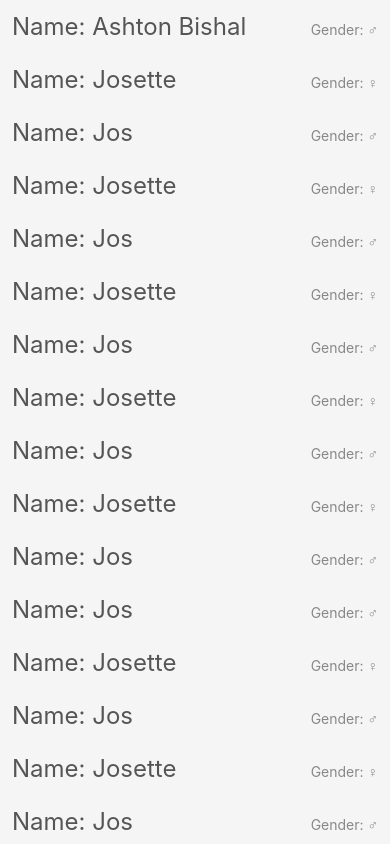
Repository: kfrancois/Bachelorproef-Apps
Screen: / (app in React Native/ListApp/.vscode/)
These files come from the project's save history. The screen is drawn as it stood at one moment and after the next save; the edit follows.
An inner scrolling area shows only its first screen. The app was drawn by React Native's web renderer in a window 390 px wide. The project was rebuilt for these pictures with package versions that can differ from the ones it lists, and the page was loaded fresh each time.

Above is the screen before, as saved 2018-04-23 15:13:51.

After the next save:
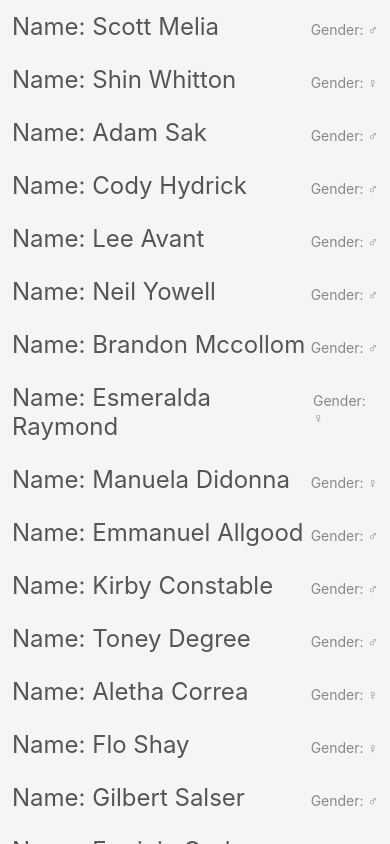
Saved 14 s later.
--- a/React Native/ListApp/.vscode/src/items.js
+++ b/React Native/ListApp/.vscode/src/items.js
@@ -1,52 +1,4 @@
 const items = [
-  { key: '0', name: 'Ashton Bishal', gender: '♂' },
-  { key: '1', name: 'Josette', gender: '♀' },
-  { key: '2', name: 'Jos', gender: '♂' },
-  { key: '3', name: 'Josette', gender: '♀' },
-  { key: '4', name: 'Jos', gender: '♂' },
-  { key: '5', name: 'Josette', gender: '♀' },
-  { key: '6', name: 'Jos', gender: '♂' },
-  { key: '7', name: 'Josette', gender: '♀' },
-  { key: '8', name: 'Jos', gender: '♂' },
-  { key: '9', name: 'Josette', gender: '♀' },
-  { key: '10', name: 'Jos', gender: '♂' },
-  { key: '11', name: 'Jos', gender: '♂' },
-  { key: '12', name: 'Josette', gender: '♀' },
-  { key: '13', name: 'Jos', gender: '♂' },
-  { key: '14', name: 'Josette', gender: '♀' },
-  { key: '15', name: 'Jos', gender: '♂' },
-  { key: '16', name: 'Josette', gender: '♀' },
-  { key: '17', name: 'Jos', gender: '♂' },
-  { key: '18', name: 'Josette', gender: '♀' },
-  { key: '19', name: 'Jos', gender: '♂' },
-  { key: '20', name: 'Josette', gender: '♀' },
-  { key: '21', name: 'Jos', gender: '♂' },
-  { key: '22', name: 'Josette', gender: '♀' },
-  { key: '23', name: 'Jos', gender: '♂' },
-  { key: '24', name: 'Josette', gender: '♀' },
-  { key: '25', name: 'Jos', gender: '♂' },
-  { key: '26', name: 'Josette', gender: '♀' },
-  { key: '27', name: 'Jos', gender: '♂' },
-  { key: '28', name: 'Josette', gender: '♀' },
-  { key: '29', name: 'Jos', gender: '♂' },
-  { key: '30', name: 'Josette', gender: '♀' },
-  { key: '31', name: 'Jos', gender: '♂' },
-  { key: '32', name: 'Josette', gender: '♀' },
-  { key: '33', name: 'Jos', gender: '♂' },
-  { key: '34', name: 'Josette', gender: '♀' },
-  { key: '35', name: 'Jos', gender: '♂' },
-  { key: '36', name: 'Josette', gender: '♀' },
-  { key: '37', name: 'Jos', gender: '♂' },
-  { key: '38', name: 'Josette', gender: '♀' },
-  { key: '39', name: 'Jos', gender: '♂' },
-  { key: '40', name: 'Josette', gender: '♀' },
-  { key: '41', name: 'Jos', gender: '♂' },
-  { key: '42', name: 'Josette', gender: '♀' }
-];
-
-export default items;
-
-const a = [
   { key: '0', name: 'Scott Melia', gender: '♂' },
   { key: '1', name: 'Shin Whitton', gender: '♀' },
   { key: '2', name: 'Adam Sak', gender: '♂' },
@@ -89,3 +41,5 @@ const a = [
   { key: '39', name: 'Jaymie Poteet', gender: '♀' },
   { key: '40', name: 'Coleen Sudderth', gender: '♀' }
 ];
+
+export default items;
